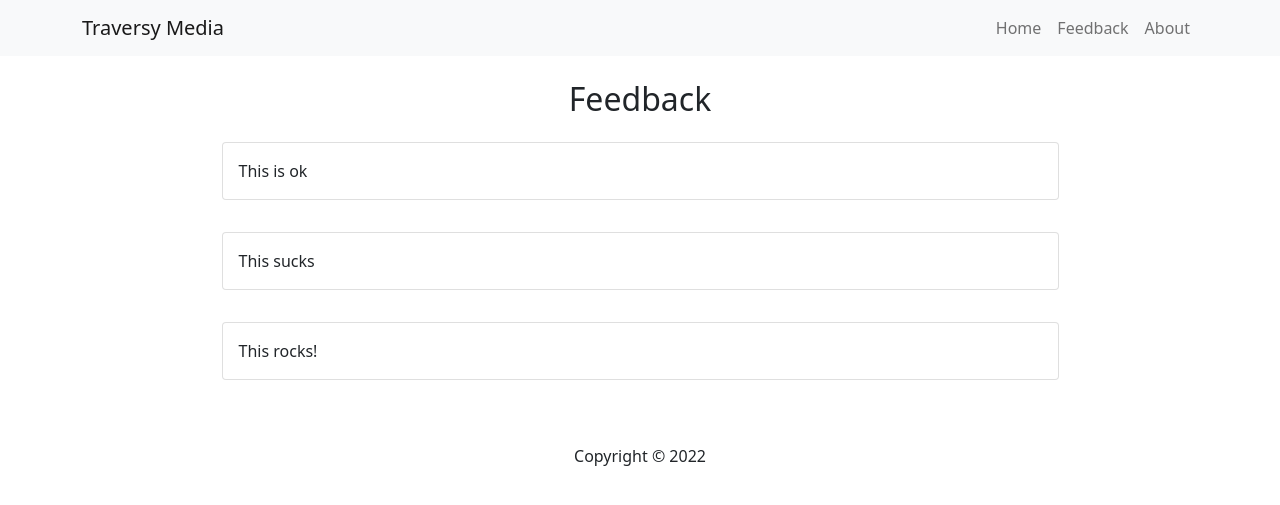
Repository: Haviles04/feedback
Page: http://localhost/feedback.php
These files come from the project's save history. The page is drawn as it stood at one moment and after the next save; the edit follows.
The browser window is 1280 px wide. The pictures show the whole page.
The page is run by PHP 8.4 with error messages shown; the project is at /var/www/html/.

Above is the page before, as saved 2024-04-29 18:12:50.

After the next save:
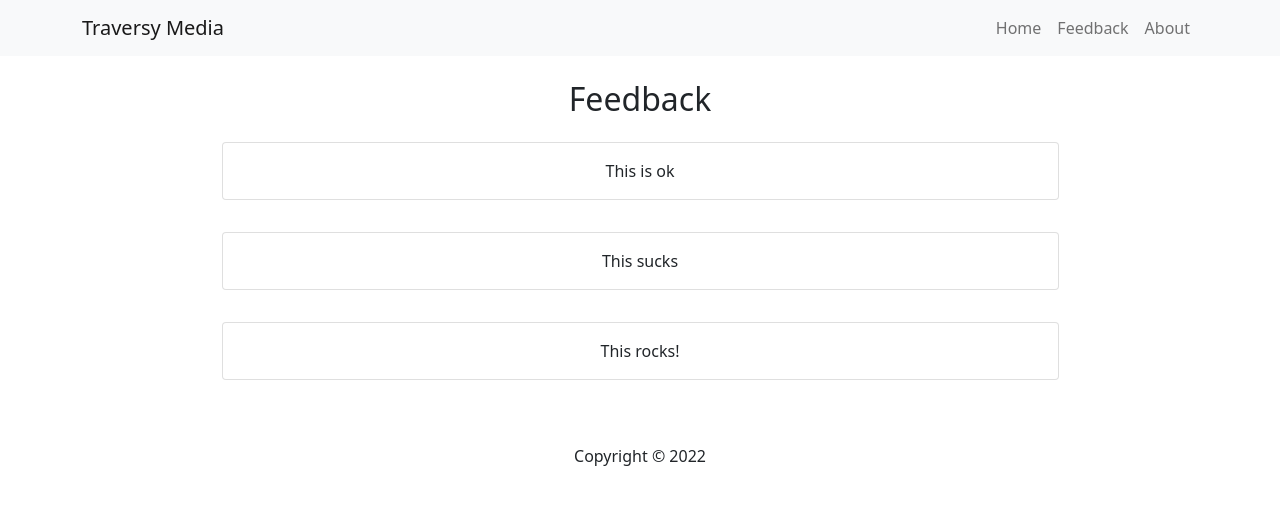
Saved 6 s later.
--- a/feedback.php
+++ b/feedback.php
@@ -33,7 +33,7 @@ $feedback = [
 
 <?php foreach ($feedback as $item) : ?>
   <div class="card my-3 w-75">
-    <div class="card-body">
+    <div class="card-body text-center">
       <?php echo $item['body'] ?>
     </div>
   </div>
